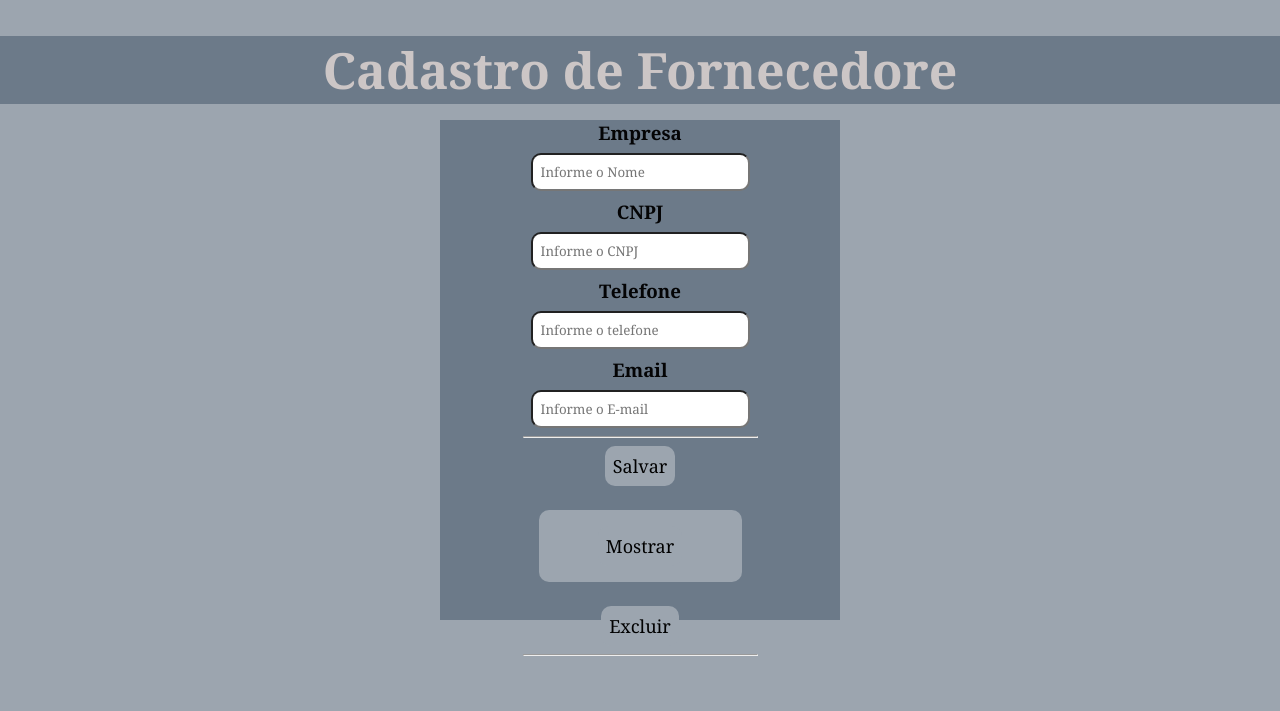
Repository: ArthurKJun/ProjetoCantinaEclipse
Page: http://localhost/arsan/cadastroFornecedor.jsp
The author's editor kept a copy of each file at every save. The page is drawn from the files as they stood at one save, then again after the next save.
The browser window is 1280 px wide. The pictures show the whole page.
The page is served by Tomcat 9.

Above is the page before, as saved 2023-11-03 03:59:44.
Console error: SyntaxError: Function statements require a function name

After the next save:
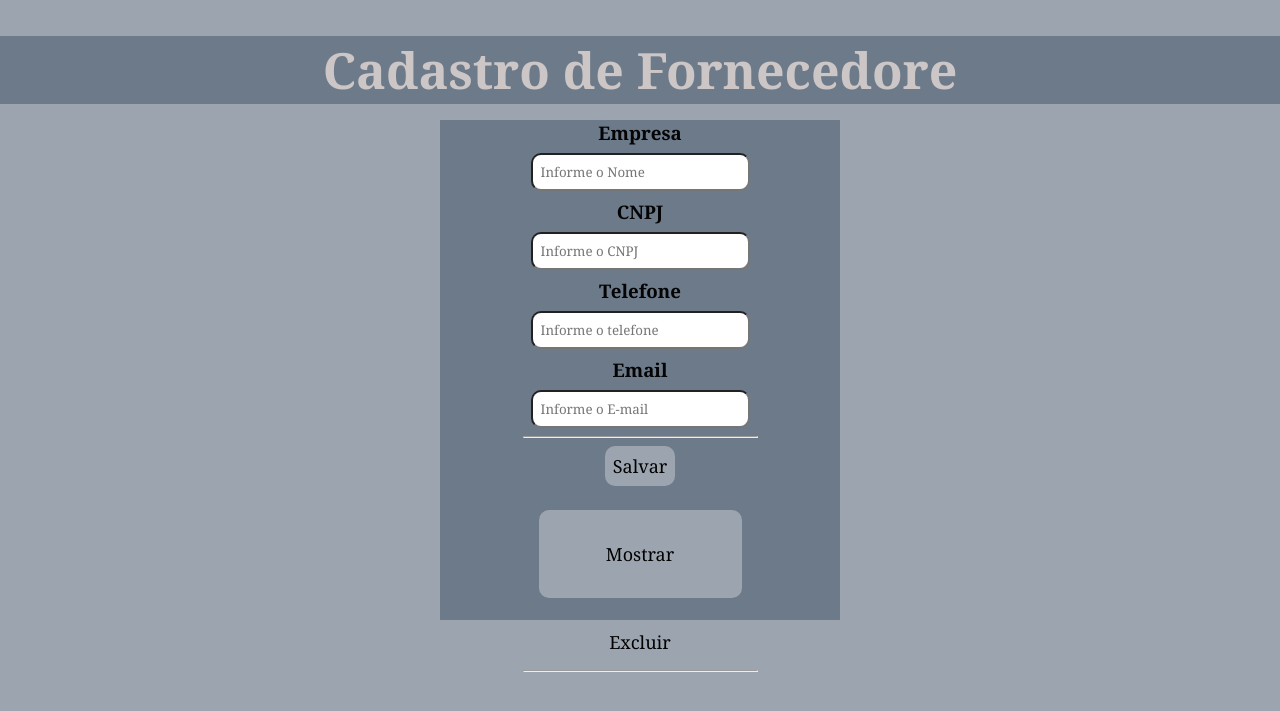
Saved 2 min 26 s later.
--- a/arsan/src/main/webapp/cadastroFornecedor.jsp
+++ b/arsan/src/main/webapp/cadastroFornecedor.jsp
@@ -39,7 +39,11 @@
 
 				</form>
 				<div class="inputButton">
-				<input class="inputButton" type="button" onclick="document.location.href='<%="showFornecedor.jsp"%>'" value="Mostrar">
+					<input
+						style="padding: 0.5rem; margin: 1rem; font-size: large; background-color: #9ca5af; border: none; border-radius: 10px;"
+						type="button"
+						onclick="document.location.href='<%="showFornecedor.jsp"%>'"
+						value="Mostrar">
 				</div>
 				<button onclick="Excluir()">Excluir</button>
 				<hr>
